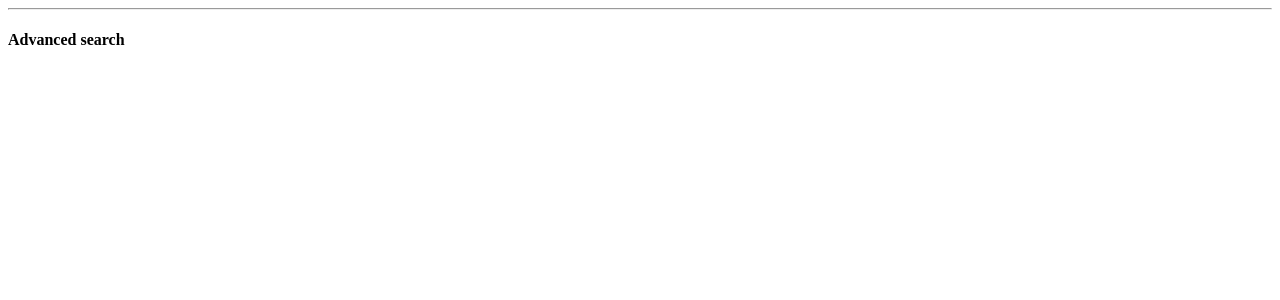
Repository: iancwwong/DigitalBibliographicalLibrary
Page: http://localhost/DigitalBibliographicLibrary/include/advancedsearch.jsp
The author's editor kept a copy of each file at every save. The page is drawn from the files as they stood at one save, then again after the next save.
The browser window is 1280 px wide. The pictures show the whole page.
The page is served by Tomcat 9. Other server files are loaded and not shown.

Above is the page before, as saved 2016-08-30 01:42:19.

### DigitalBibliographicLibrary/WebContent/include/advancedsearch.jsp
<div id="advancedSearch" class="container">
	<hr/>
	<h4>Advanced search</h4>

	<br/>
	<br/>

	<%-- Specific search options are presented here --%>
	<div class="container">
		<p id="searchContainer"></p>
	</div>

</div>

After the next save:
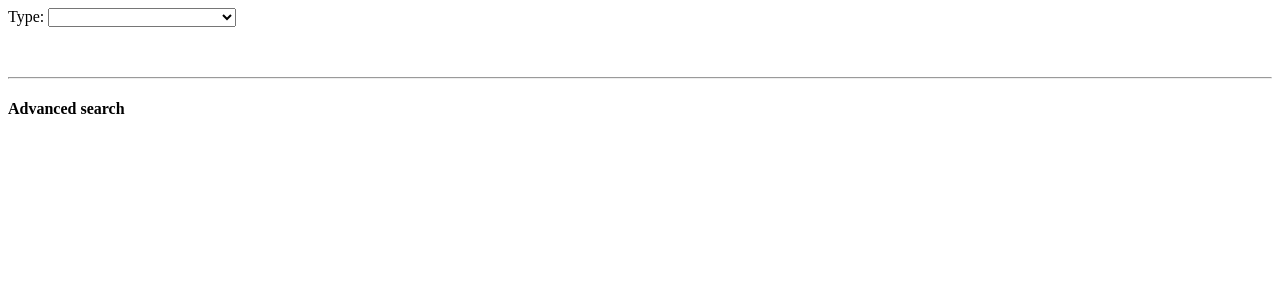
Saved 6 min 23 s later.
--- a/DigitalBibliographicLibrary/WebContent/include/advancedsearch.jsp
+++ b/DigitalBibliographicLibrary/WebContent/include/advancedsearch.jsp
@@ -1,4 +1,30 @@
 <div id="advancedSearch" class="container">
+
+	<%-- Offer different types of publications --%>
+	<form class="form-horizontal">
+		<div class="form-group">
+			<label for="typeSelect">Type:</label>
+			<select class="form-control" id="typeSelect">
+				<option onClick="openSearchOptions('')" selected></option>
+				<option onclick="openSearchOptions('journal')">Journal</option>
+				<option onclick="openSearchOptions('inproceedings')">Conference (Inproceedings)</option>
+				<option onclick="openSearchOptions('proceedings')">Conference (Proceedings)</option>
+				<option onclick="openSearchOptions('book')">Book</option>
+				<option onclick="openSearchOptions('incollection')">Incollection</option>
+				<option onclick="openSearchOptions('phdthesis')">PHD Thesis</option>
+				<option onclick="openSearchOptions('mastersthesis')">Masters Thesis</option>
+				<option onclick="openSearchOptions('www')">WWW</option>
+			</select>
+		</div>
+	</form>
+	<br/>
+
+	<%-- Specific search options are presented here --%>
+	<div class="container">
+		<p id="advancedSearchOptions"></p>
+	</div>
+
+</div><div id="advancedSearch" class="container">
 	<hr/>
 	<h4>Advanced search</h4>
 
@@ -7,7 +33,7 @@
 
 	<%-- Specific search options are presented here --%>
 	<div class="container">
-		<p id="searchContainer"></p>
+		<p id="advancedSearchOptions"></p>
 	</div>
 
 </div>
